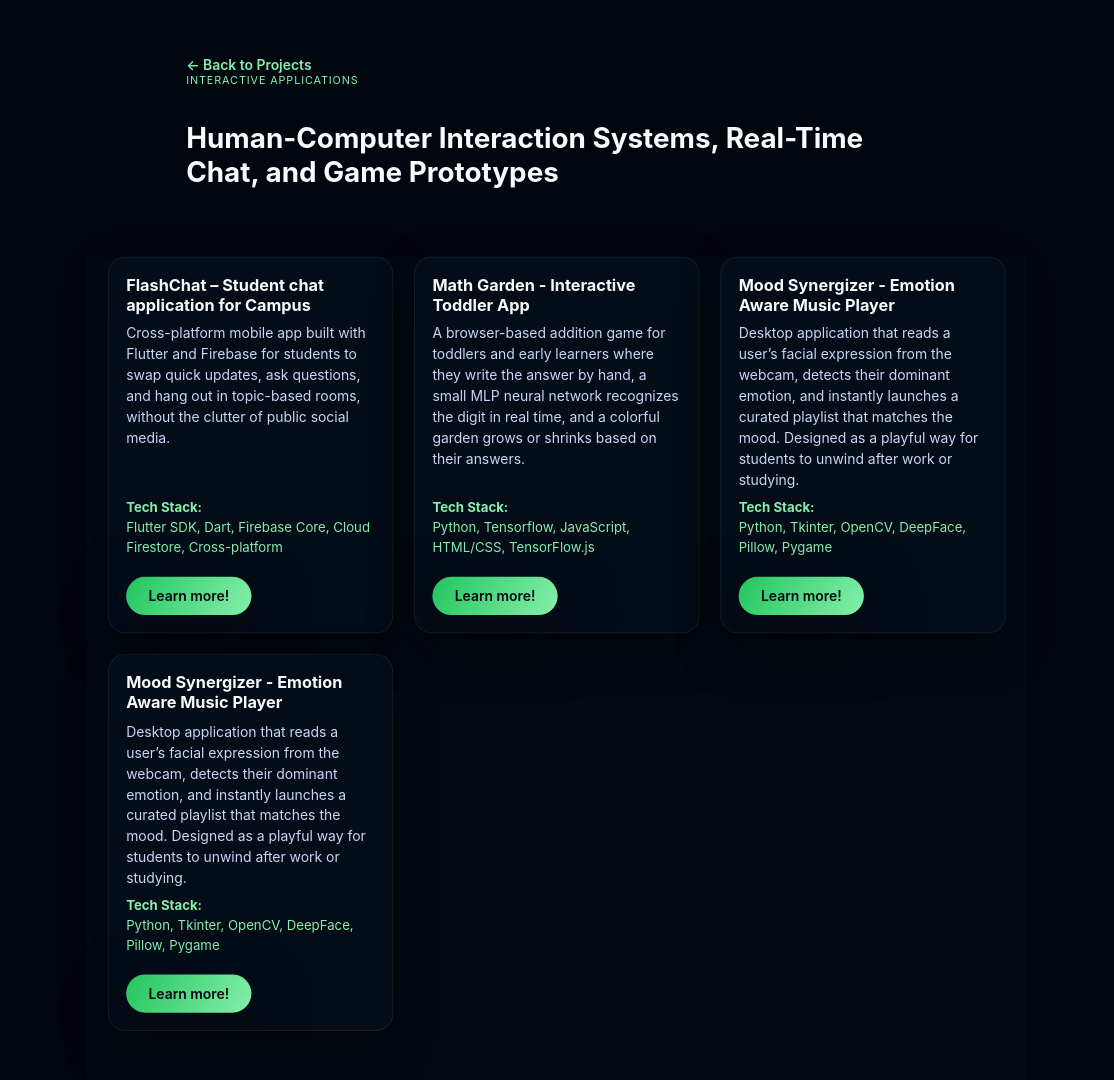
Repository: Abdulaziz-04/Abdulaziz-04.github.io
Page: projects/interactive_apps.html
These files come from the project's save history. The page is drawn as it stood at one moment and after the next save; the edit follows.
The browser window is 1280 px wide. The pictures show the whole page, at 87% of full size.

Above is the page before, as saved 2025-11-22 23:16:09.

### projects/interactive_apps.html
<!DOCTYPE html>
<html lang="en">
  <head>
    <meta charset="UTF-8" />
    <meta name="viewport" content="width=device-width, initial-scale=1" />
    <title>Interactive Apps | Project</title>
    <link rel="stylesheet" href="../assets/css/styles.css" />
  </head>
  <body class="category-page">
    <header class="category-hero">
      <a class="category-back" href="../index.html#projects"
        >&larr; Back to Projects</a
      >
      <a class="category-pill" href="../index.html#projects"
        >Interactive Applications</a
      >
      <br />
      <h1>
        Human-Computer Interaction Systems, Real-Time Chat, and Game Prototypes
      </h1>
    </header>
    <main class="section category-section">
      <div class="project-modal-grid">
        <article class="project-modal-card">
          <div class="project-modal__body">
            <h3>FlashChat – Student chat application for Campus</h3>
            <p class="project-modal__summary">
              Cross-platform mobile app built with Flutter and Firebase for
              students to swap quick updates, ask questions, and hang out in
              topic-based rooms, without the clutter of public social media.
            </p>
            <p class="project-modal__tech">
              <strong>Tech Stack:</strong>
              Flutter SDK, Dart, Firebase Core, Cloud Firestore, Cross-platform
            </p>
            <div class="project-modal__actions">
              <a
                class="btn primary"
                href="../deepdives/interactive_apps/flash_chat/flash_chat.html"
                >Learn more!</a
              >
            </div>
          </div>
        </article>

        <article class="project-modal-card">
          <div class="project-modal__body">
            <h3>Math Garden - Interactive Toddler App</h3>

            <p class="project-modal__summary">
              A browser-based addition game for toddlers and early learners
              where they write the answer by hand, a small MLP neural network
              recognizes the digit in real time, and a colorful garden grows or
              shrinks based on their answers.
            </p>
            <p class="project-modal__tech">
              <strong>Tech Stack:</strong>
              Python, Tensorflow, JavaScript, HTML/CSS, TensorFlow.js
            </p>
            <div class="project-modal__actions">
              <a
                class="btn primary"
                href="../deepdives/interactive_apps/math_garden/math_garden.html"
                >Learn more!</a
              >
            </div>
          </div>
        </article>

        <article class="project-modal-card">
          <div class="project-modal__body">
            <h3>Mood Synergizer - Emotion Aware Music Player</h3>
            <p class="project-modal__summary">
              Desktop application that reads a user’s facial expression from the
              webcam, detects their dominant emotion, and instantly launches a
              curated playlist that matches the mood. Designed as a playful way
              for students to unwind after work or studying.
            </p>
            <p class="project-modal__tech">
              <strong>Tech Stack:</strong>
              Python, Tkinter, OpenCV, DeepFace, Pillow, Pygame
            </p>
            <div class="project-modal__actions">
              <a
                class="btn primary"
                href="../deepdives/interactive_apps/mood_synergizer/mood.synergizer.html"
                >Learn more!</a
              >
            </div>
          </div>
        </article>
        <article class="project-modal-card">
          <div class="project-modal__body">
            <h3>Mood Synergizer - Emotion Aware Music Player</h3>
            <p class="project-modal__summary">
              Desktop application that reads a user’s facial expression from the
              webcam, detects their dominant emotion, and instantly launches a
              curated playlist that matches the mood. Designed as a playful way
              for students to unwind after work or studying.
            </p>
            <p class="project-modal__tech">
              <strong>Tech Stack:</strong>
              Python, Tkinter, OpenCV, DeepFace, Pillow, Pygame
            </p>
            <div class="project-modal__actions">
              <a
                class="btn primary"
                href="../deepdives/interactive_apps/mood_synergizer/mood.synergizer.html"
                >Learn more!</a
              >
            </div>
          </div>
        </article>
      </div>
    </main>
  </body>
</html>

### assets/css/styles.css
:root {
  --bg: #030a13;
  --bg-alt: #050f1f;
  --panel: #071425;
  --panel-soft: rgba(34, 197, 94, 0.08);
  --accent: #22c55e;
  --accent-strong: #86efac;
  --text: #f8fafc;
  --muted: #cbd5f5;
  --border: rgba(255, 255, 255, 0.08);
  --radius: 18px;
  --shadow: 0 25px 70px rgba(1, 8, 4, 0.55);
}

* {
  box-sizing: border-box;
}

body {
  margin: 0;
  min-height: 100vh;
  font-family: "Inter", "Segoe UI", system-ui, -apple-system, BlinkMacSystemFont,
    sans-serif;
  color: var(--text);
  background: radial-gradient(circle at 15% 35%, rgba(34, 197, 94, 0.15), transparent 45%),
    radial-gradient(circle at 80% 0%, rgba(134, 239, 172, 0.2), transparent 35%),
    #020718;
  scroll-behavior: smooth;
  padding-top: 0;
}

.modal-open {
  overflow: hidden;
}

main {
  background: var(--bg);
}

.section {
  max-width: 1080px;
  margin: 0 auto;
  padding: 3.5rem 1.5rem;
}

.site-header {
  margin: 0;
  padding: clamp(4rem, 12vw, 6rem) clamp(1.5rem, 6vw, 4rem) 3.5rem;
  background: linear-gradient(135deg, rgba(5, 18, 12, 0.9), rgba(3, 10, 19, 0.85)),
    radial-gradient(circle at top left, rgba(34, 197, 94, 0.25), transparent 55%);
  box-shadow: inset 0 1px 0 rgba(255, 255, 255, 0.05);
  min-height: 85vh;
  display: flex;
  align-items: center;
}

.hero-header {
  margin-top: 0;
  padding-top: clamp(4.5rem, 12vw, 7rem);
}

.top-nav {
  position: fixed;
  top: 0;
  left: 0;
  width: 100%;
  padding: 0.75rem clamp(1.25rem, 6vw, 4rem);
  background: rgba(4, 9, 20, 0.95);
  border-bottom: 1px solid rgba(255, 255, 255, 0.05);
  backdrop-filter: blur(14px);
  display: flex;
  align-items: center;
  justify-content: space-between;
  gap: 1rem;
  z-index: 50;
}

.top-nav__brand {
  font-size: 0.85rem;
  letter-spacing: 0.3em;
  text-transform: uppercase;
  color: var(--muted);
}

.top-nav__links {
  display: flex;
  align-items: center;
  gap: 0.9rem;
  flex-wrap: wrap;
}

.nav-link {
  text-decoration: none;
  color: var(--muted);
  font-weight: 600;
  letter-spacing: 0.08em;
  text-transform: uppercase;
  padding: 0.4rem 0.85rem;
  border-radius: 999px;
  transition: color 0.2s ease, background 0.2s ease;
}

.nav-link:hover {
  color: var(--text);
}

.nav-link.active {
  background: var(--accent);
  color: #03140c;
}

.hire-btn {
  cursor: pointer;
  background: var(--accent);
  color: black;
  padding: 0.95rem 2.4rem;
  font-size: 1.1rem;
  font-weight: 700;
  border: none;
  border-radius: 999px;
  box-shadow: 0 12px 28px rgba(34, 197, 94, 0.35);
}

.hero-grid {
  display: grid;
  grid-template-columns: minmax(0, 1.4fr) minmax(220px, 320px);
  gap: clamp(2rem, 4vw, 3.5rem);
  width: 100%;
  align-items: start;
}

.hero-text h1 {
  font-size: clamp(2.5rem, 5vw, 3.8rem);
  margin: 0.2rem 0 0.8rem;
}

.hero-lede {
  color: var(--muted);
  font-size: 1.05rem;
  max-width: 560px;
  line-height: 1.6;
}

.eyebrow {
  text-transform: uppercase;
  color: var(--accent-strong);
}

.hero-summary {
  margin: 1.5rem 0 1.75rem;
  color: var(--muted);
}

.summary-list {
  font-size: large;
  margin: 0;
  padding-left: 1.5rem;
}

.summary-list li {
  margin-bottom: 0.55rem;
  line-height: 1.5;
}

.hero-actions {
  display: flex;
  flex-wrap: wrap;
  gap: 1rem;
  width: 100%;
}

.hero-actions .hire-btn {
  padding: 1.1rem 2.8rem;
  font-size: 1.2rem;
}

.btn {
  display: inline-flex;
  align-items: center;
  justify-content: center;
  gap: 0.4rem;
  padding: 0.75rem 1.6rem;
  border-radius: 999px;
  text-decoration: none;
  font-weight: 600;
  transition: transform 0.2s ease, box-shadow 0.2s ease;
}

.btn.primary {
  background: linear-gradient(120deg, var(--accent), var(--accent-strong));
  color: #020714;
  box-shadow: var(--shadow);
}

.btn.secondary {
  border: 1px solid var(--accent);
  color: var(--accent-strong);
}

.btn:hover {
  transform: translateY(-2px);
}

.hero-photo {
  justify-self: center;
}

.hero-photo img {
  width: clamp(220px, 18vw, 280px);
  border-radius: 28px;
  border: 1px solid rgba(134, 239, 172, 0.2);
  box-shadow: 0 20px 60px rgba(0, 0, 0, 0.6);
  filter: saturate(1.05);
}

.section h2 {
  margin-top: 0;
  font-size: 2rem;
}

.experience-grid {
  display: grid;
  grid-template-columns: repeat(auto-fit, minmax(300px, 1fr));
  gap: 1.75rem;
}

.experience-title {
  display: flex;
  justify-content: space-between;
  align-items: center;
  gap: 1rem;
  font-size: 1.2rem;
}

.experience-title .role {
  color: var(--text); /* default text color */
  font-weight: 600;
}

.experience-title .org {
  color:#6DF9C9;
  white-space: nowrap;
}

.experience-card,
.project-card {
  background: linear-gradient(145deg, var(--panel), rgba(6, 14, 18, 0.9));
  border-radius: var(--radius);
  border: 1px solid var(--border);
  padding: 1.75rem;
  box-shadow: var(--shadow);
}

.timeline {
  border-left: 2px solid var(--border);
  margin-top: 1.25rem;
}

.timeline-item {
  padding-left: 1.75rem;
  margin-bottom: 1.75rem;
  position: relative;
}

.timeline-header {
  display: flex;
  justify-content: space-between;
  align-items: baseline;
  gap: 1rem;
}

.timeline-header h3 {
  margin: 0;
}

.education-title {
  display: flex;
  justify-content: space-between;
  gap: 0.75rem;
  align-items: baseline;
  flex-wrap: wrap;
}

.edu-gpa {
  color: var(--accent-strong);
  white-space: nowrap;
  font-size: 0.95rem;
}





.hire-modal {
  position: fixed;
  inset: 0;
  background: rgba(5, 9, 18, 0.8);
  display: flex;
  justify-content: center;
  align-items: center;
  z-index: 100;
}

.hire-modal[hidden] {
  display: none;
}

.hire-modal__panel {
  background: #050b16;
  border: 1px solid rgba(255, 255, 255, 0.08);
  border-radius: 22px;
  padding: 1.75rem;
  width: min(90%, 420px);
  box-shadow: 0 30px 80px rgba(0, 0, 0, 0.55);
  position: relative;
  color: var(--text);
}

.hire-modal__panel p {
  color: var(--muted);
}

.hire-modal__close {
  position: absolute;
  top: 0.5rem;
  right: 0.75rem;
  background: var(--accent);
  color: #02120b;
  border: none;
  font-size: 1.35rem;
  font-weight: 700;
  cursor: pointer;
  width: 2.25rem;
  height: 2.25rem;
  border-radius: 999px;
  display: inline-flex;
  align-items: center;
  justify-content: center;
  line-height: 1;
}

.hire-options {
  display: flex;
  flex-direction: column;
  gap: 0.75rem;
  margin-top: 1rem;
}

.hire-option {
  display: flex;
  justify-content: space-between;
  align-items: center;
  padding: 0.85rem 1rem;
  border-radius: 1rem;
  text-decoration: none;
  color: var(--text);
  border: 1px solid rgba(255, 255, 255, 0.08);
  background: rgba(255, 255, 255, 0.02);
  transition: background 0.2s ease, transform 0.2s ease;
}

.hire-option:hover {
  background: rgba(34, 197, 94, 0.18);
  transform: translateY(-2px);
}

.hire-option small {
  color: var(--muted);
  letter-spacing: 0.04em;
}

.hire-modal__action {
  margin-top: 1.5rem;
  width: 100%;
  text-align: center;
}

.timeline-item::before {
  content: "";
  width: 11px;
  height: 11px;
  border-radius: 999px;
  background: var(--accent);
  box-shadow: 0 0 16px rgba(34, 197, 94, 0.8);
  position: absolute;
  left: -6px;
  top: 4px;
}

.timeline-date {
  font-size: 0.85rem;
  letter-spacing: 0.1em;
  text-transform: uppercase;
  color: var(--muted);
}

.course-dropdown {
  margin-top: 1.5rem;
}

.course-toggle {
  width: 100%;
  background: transparent;
  border: 1px solid rgba(255, 255, 255, 0.08);
  border-radius: var(--radius);
  padding: 0.75rem 1.1rem;
  color: var(--text);
  font: inherit;
  font-weight: 600;
  letter-spacing: 0.04em;
  display: flex;
  justify-content: space-between;
  align-items: center;
  cursor: pointer;
  transition: border-color 0.2s ease, transform 0.2s ease, box-shadow 0.2s ease;
}

.course-toggle:hover {
  border-color: rgba(134, 239, 172, 0.7);
  box-shadow: 0 0 20px rgba(34, 197, 94, 0.25);
  transform: translateY(-1px);
}

.course-toggle__icon {
  font-size: 1.1rem;
  line-height: 1;
  transition: transform 0.25s ease;
}

.course-toggle[aria-expanded='true'] .course-toggle__icon {
  transform: rotate(45deg);
}

.course-panel {
  margin-top: 1rem;
  border-left: 2px solid rgba(134, 239, 172, 0.3);
  padding-left: 1.25rem;
}

.course-panel[hidden] {
  display: none;
}

.course-panel__body h4 {
  margin-top: 1rem;
  margin-bottom: 0.5rem;
}

.certifications-list {
  display: grid;
  gap: 1rem;
  margin-top: 1rem;
}

#certifications {
  scroll-margin-top: 140px;
}

.cert-list {
  list-style: none;
  padding: 0;
  margin: 0;
  display: flex;
  flex-direction: column;
  gap: 0.75rem;
}

.cert-title {
  font-weight: 700;
}

.cert-meta {
  font-size: 0.95rem;
  color: var(--muted);
}

.loading-text,
.loading-error {
  color: var(--muted);
  font-style: italic;
}

.loading-error {
  color: #fda4af;
}

.project-card--featured {
  display: flex;
  flex-wrap: wrap;
  gap: 1.5rem;
}

.project-media img {
  max-width: 280px;
  border-radius: var(--radius);
  border: 1px solid rgba(34, 197, 94, 0.3);
}

.project-grid {
  display: grid;
  grid-template-columns: repeat(auto-fit, minmax(240px, 1fr));
  gap: 1.25rem;
  margin-top: 1rem;
}

.projects-overview .projects-lede {
  color: var(--muted);
  max-width: 760px;
  margin-bottom: 2rem;
}

.project-category-grid {
  display: grid;
  grid-template-columns: repeat(auto-fit, minmax(260px, 1fr));
  gap: 1.5rem;
  margin-top: 2rem;
}

.project-category-card {
  border: 1px solid var(--border);
  border-radius: var(--radius);
  padding: 1.75rem;
  background: rgba(7, 19, 33, 0.85);
  display: flex;
  flex-direction: column;
  gap: 0.75rem;
  box-shadow: 0 15px 40px rgba(0, 0, 0, 0.35);
  min-height: 260px;
}

.category-pill {
  text-transform: uppercase;
  letter-spacing: 0.08em;
  font-size: 0.78rem;
  color: var(--accent-strong);
  margin: 0;
  display: block;
  min-height: 2.2em;
  text-decoration: none;
  cursor: pointer;
}

.project-category-card h3 {
  margin: 0;
  line-height: 1.35;
  min-height: 3.2em;
}

.project-category-card > p:not(.category-pill) {
  margin: 0;
  line-height: 1.5;
  min-height: 4.4em;
}

.category-link {
  align-self: flex-start;
  margin-top: auto;
}

.category-page {
  background: #01050d;
  color: var(--text);
  min-height: 100vh;
  margin: 0;
}

.category-hero {
  max-width: 900px;
  margin: 0 auto;
  padding: 4rem 1.5rem 2rem;
  text-align: left;
}

.category-hero h1 {
  margin-top: 0.5rem;
}

.category-back {
  text-decoration: none;
  color: var(--accent-strong);
  font-weight: 600;
}

.category-section {
  padding-top: 0;
}

.category-description {
  color: var(--muted);
  max-width: 720px;
}

.project-modal-grid {
  display: grid;
  grid-template-columns: repeat(auto-fit, minmax(280px, 1fr));
  gap: 1.5rem;
  margin-top: 1.5rem;
  align-items: stretch;
  grid-auto-rows: 1fr;
}

.project-modal-card {
  border: 1px solid rgba(255, 255, 255, 0.08);
  border-radius: 20px;
  padding: 1.25rem;
  background: rgba(5, 13, 25, 0.95);
  display: flex;
  flex-direction: column;
  gap: 1rem;
  box-shadow: 0 20px 50px rgba(0, 0, 0, 0.45);
  height: 100%;
}

.project-modal__body {
  display: grid;
  grid-template-rows: auto 1fr auto auto;
  gap: 0.6rem;
  height: 100%;
}

.project-modal-card h3 {
  margin: 0;
  min-height: 2.6rem;
  display: flex;
  align-items: flex-end;
}

.project-modal__body h3,
.project-modal__body p {
  margin: 0;
}

.project-modal__summary {
  color: var(--muted);
  line-height: 1.5;
  min-height: 0;
}

.project-modal__tech {
  font-size: 0.95rem;
  color: var(--accent-strong);
  min-height: 2.4rem;
  line-height: 1.5;
}

.project-modal__tech strong,
.project-modal__tech b {
  display: block;
}

.project-modal__actions {
  display: flex;
  gap: 0.75rem;
  flex-wrap: wrap;
  margin-top: auto;
  padding-top: 0.75rem;
}

.category-footer {
  text-align: center;
  color: var(--muted);
  padding: 2rem 1rem 3rem;
}

.project-detail-page {
  background: #01050d;
  color: var(--text);
  margin: 0;
}

.detail-hero {
  max-width: 960px;
  margin: 0 auto;
  padding: 4rem 1.5rem 2rem;
}

.detail-summary {
  color: var(--muted);
  font-size: 1.1rem;
}

.detail-meta {
  list-style: none;
  padding: 0;
  margin: 1.5rem 0 0;
  display: flex;
  flex-wrap: wrap;
  gap: 1rem 2rem;
  color: var(--accent-strong);
}

.detail-content {
  padding-top: 0;
}

.home-page p,
.home-page li,
.home-page .course-panel__body {
  text-align: justify;
}

.home-page .projects-overview p,
.home-page .project-category-card p {
  text-align: left;
}

.project-detail-page p,
.project-detail-page li {
  text-align: justify;
}

.detail-section {
  margin-bottom: 2.5rem;
}

.detail-gallery {
  display: flex;
  flex-direction: column;
  gap: 1.5rem;
}

.detail-gallery .gallery-row {
  display: flex;
  flex-direction: column;
  gap: 1.75rem;
  align-items: center;
}

.detail-gallery .gallery-row--two {
  width: 100%;
  display: grid;
  grid-template-columns: repeat(auto-fit, minmax(280px, 1fr));
  gap: 1.25rem;
  align-items: start;
}

.detail-gallery .gallery-item {
  flex: 0 0 auto;
  max-width: 880px;
  margin: 0 auto;
  text-align: center;
}

.detail-gallery .gallery-item figcaption {
  text-align: center;
}

.detail-gallery .gallery-item img {
  display: block;
  width: 100%;
  height: auto;
  border-radius: 12px;
  border: 1px solid rgba(255, 255, 255, 0.08);
  margin: 0 auto;
  transform: none;
}

.detail-video {
  display: block;
  width: 100%;
  max-width: 720px;
  height: auto;
  margin: 0 auto;
  border-radius: 12px;
  border: 1px solid rgba(255, 255, 255, 0.08);
  background: #000;
}

.detail-gallery__grid {
  display: grid;
  grid-template-columns: repeat(auto-fit, minmax(240px, 1fr));
  gap: 1.25rem;
}

.detail-gallery__grid img {
  width: 100%;
  border-radius: 14px;
  border: 1px solid rgba(255, 255, 255, 0.08);
}

.detail-snippet pre {
  background: #020714;
  padding: 1.25rem;
  border-radius: 16px;
  border: 1px solid rgba(255, 255, 255, 0.08);
  overflow-x: auto;
}

.code-emphasis {
  font-size: 1.4em;
}

.skills-list {
  display: flex;
  flex-wrap: wrap;
  gap: 0.65rem;
}

.skill-pill {
  --pill-bg: rgba(148, 163, 184, 0.15);
  --pill-color: #f8fafc;
  --pill-icon: rgba(255, 255, 255, 0.85);
  display: inline-flex;
  align-items: center;
  gap: 0.4rem;
  padding: 0.45rem 0.9rem;
  border-radius: 0.85rem;
  background: var(--pill-bg);
  color: var(--pill-color);
  font-size: 0.78rem;
  font-weight: 700;
  letter-spacing: 0.05em;
  text-transform: uppercase;
  border: 1px solid rgba(255, 255, 255, 0.06);
  box-shadow: 0 6px 14px rgba(0, 0, 0, 0.25);
}

.skill-pill i {
  font-size: 1rem;
  color: var(--pill-icon);
}

.site-footer {
  text-align: center;
  display: flex;
  justify-content: center;
  padding: 2.5rem 1rem 3rem;
  color: var(--muted);
  border-top: 1px solid var(--border);
  background: linear-gradient(180deg, rgba(5, 9, 18, 0.98), rgba(2, 7, 24, 0.95));
  margin-top: 0;
  box-shadow: 0 -18px 45px rgba(0, 0, 0, 0.45);
}

.site-footer p {
  margin: 0;
}

@media (max-width: 1024px) {
  .hero-grid {
    grid-template-columns: 1fr;
    text-align: center;
  }

  .hero-photo {
    order: -1;
  }

  .top-nav {
    flex-direction: column;
    align-items: flex-start;
    gap: 0.5rem;
  }

  .top-nav__links {
    width: 100%;
    justify-content: flex-start;
    gap: 0.5rem;
  }

  .hire-btn {
    width: 100%;
    text-align: center;
  }
}

@media (max-width: 640px) {
  .hero-header {
    padding-top: 9rem;
  }

  .experience-title {
    flex-direction: column;
    align-items: flex-start;
    gap: 0.35rem;
    font-size: 1.05rem;
  }

  .experience-title .org {
    white-space: normal;
    width: 100%;
  }
}


/* Medium size for first GIF */
.gallery-item--medium {
  text-align: center;
}

.gallery-item--medium img {
  max-width: 720px;
  width: 100%;
  height: auto;
  display: block;
  margin: 0 auto;
}

.gallery-item figcaption {
  margin-top: 0.95rem;
  color: var(--muted);
  line-height: 1.5;
}

.hero-screens {
  display: flex;
  flex-wrap: wrap;
  justify-content: center;
  align-items: flex-start;
  gap: 1.25rem;
}

.hero-screens .gallery-item {
  max-width: 220px;
  width: 100%;
  display: flex;
  flex-direction: column;
  align-items: center;
}

.hero-screens .gallery-item img {
  width: 100%;
  height: 420px;
  display: block;
  margin: 0 auto;
  object-fit: contain;
}

.hero-screens .gallery-item figcaption {
  text-align: center;
  margin-top: 0.75rem;
}


a {
  color: #b6f5c9;
}

a:hover {
  color: #8ef0af;
}

After the next save:
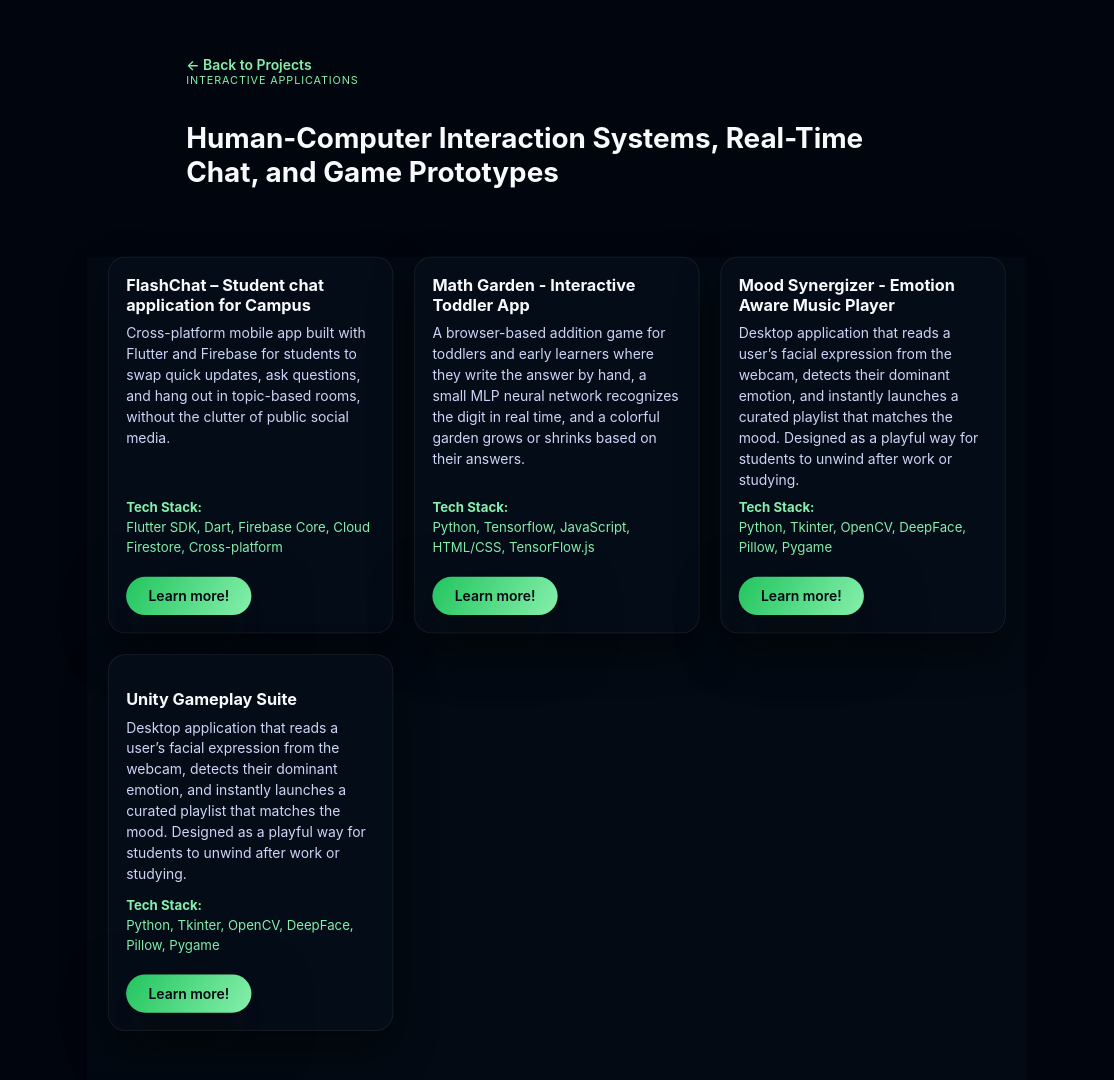
Saved 12 s later.
--- a/projects/interactive_apps.html
+++ b/projects/interactive_apps.html
@@ -91,7 +91,7 @@
         </article>
         <article class="project-modal-card">
           <div class="project-modal__body">
-            <h3>Mood Synergizer - Emotion Aware Music Player</h3>
+            <h3>Unity Gameplay Suite</h3>
             <p class="project-modal__summary">
               Desktop application that reads a user’s facial expression from the
               webcam, detects their dominant emotion, and instantly launches a
